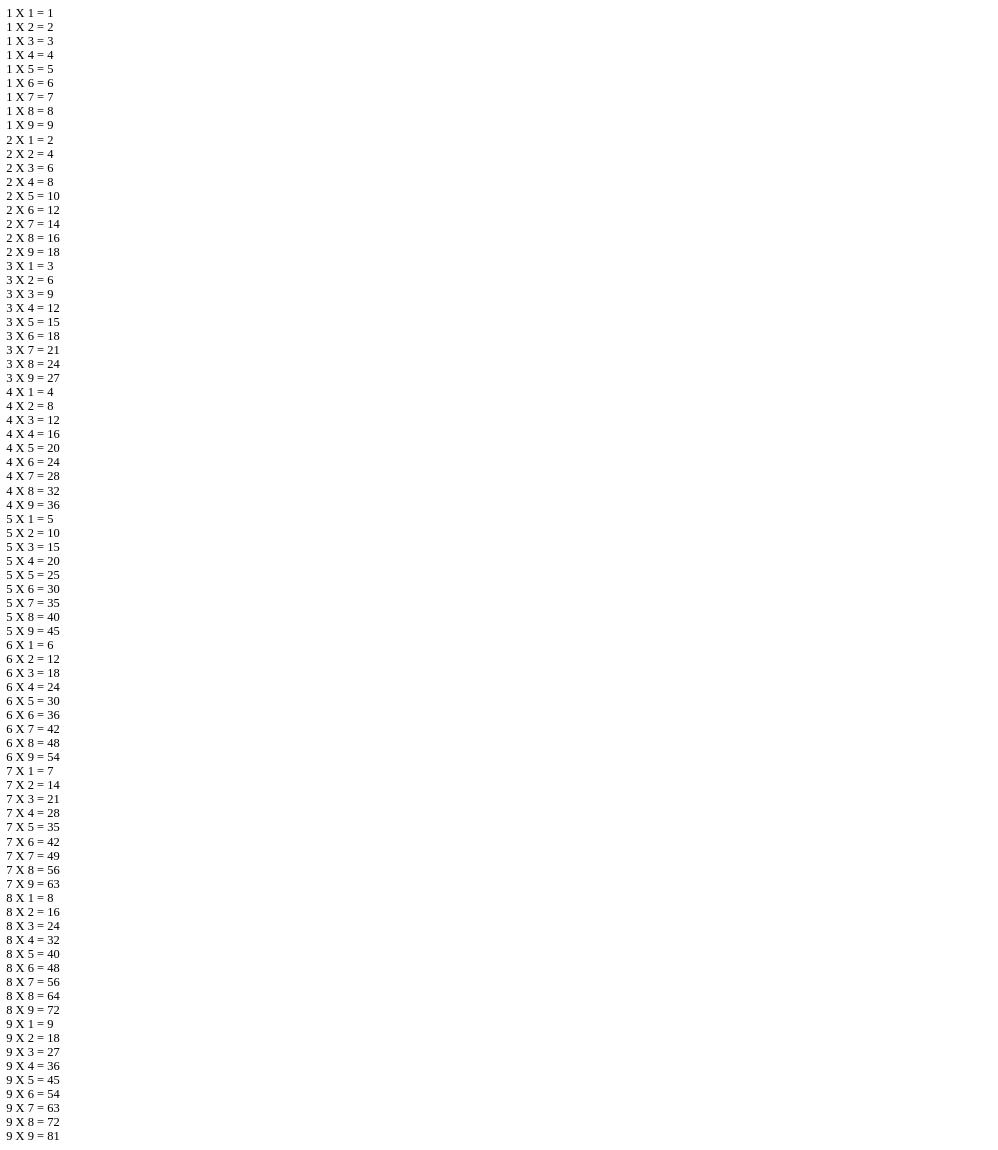
Repository: LeeJungHoon1/javaWeb
Page: http://localhost/ELprj0908_t/ex9
These files come from the project's save history. The page is drawn as it stood at one moment and after the next save; the edit follows.
The browser window is 1280 px wide. The pictures show the whole page, at 78% of full size.
The page is served by Tomcat 9.

Above is the page before, as saved 2023-09-08 06:16:28.

After the next save:
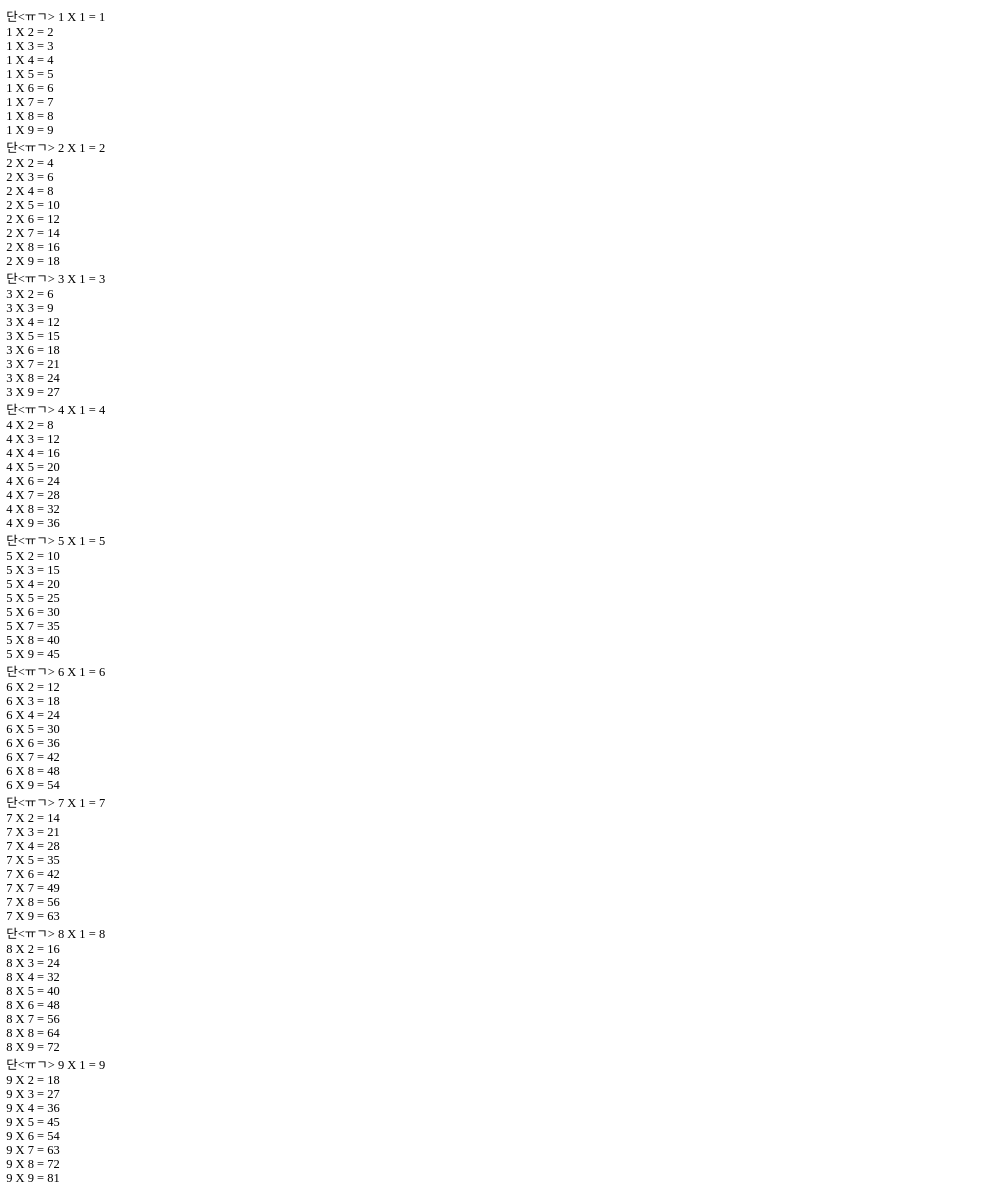
Saved 30 s later.
--- a/ELprj0908_t/src/main/webapp/WEB-INF/views/ex9.jsp
+++ b/ELprj0908_t/src/main/webapp/WEB-INF/views/ex9.jsp
@@ -11,7 +11,7 @@
 
 
 <c:forEach var="i" begin="1" end="9">
-
+	${j}단<ㅠㄱ>
 	<c:forEach var="j" begin="1" end="9">
 		${i} X ${j} = ${i*j}<br>
 	</c:forEach>
